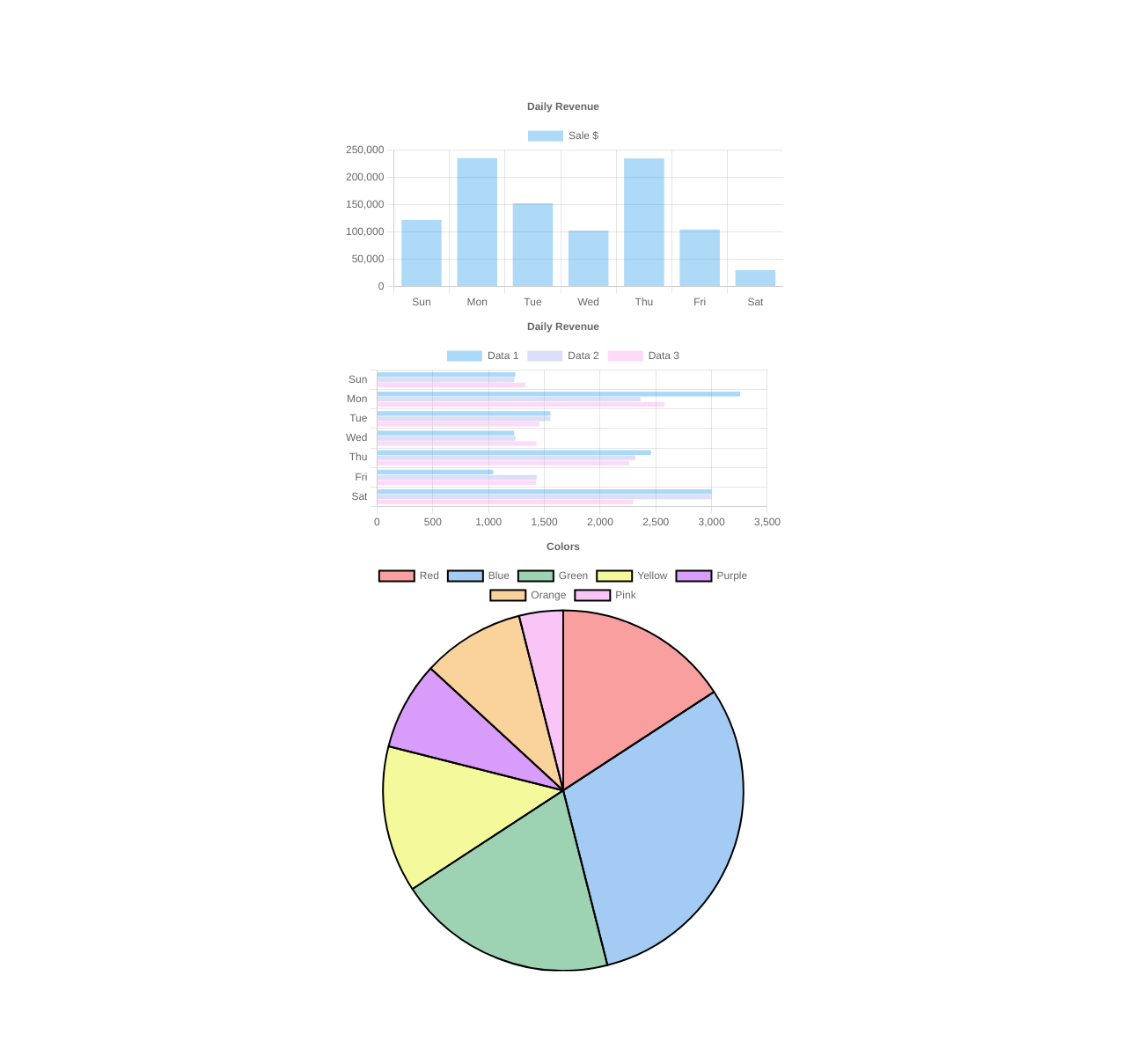
Repository: k8ANStar/exercise-5
Page: /
The author's editor kept a copy of each file at every save. The page is drawn from the files as they stood at one save, then again after a run of saves.
The browser window is 1280 px wide. The pictures show the whole page, at 88% of full size.
The project was rebuilt for these pictures with package versions that can differ from the ones it lists, and the page was loaded fresh each time. The framework's server and built-in components were replaced by stand-ins that run in the browser. Also part of the build but not shown: next.config.mjs.

Above is the page before, as saved 2024-04-15 10:47:23.

### pages/index.js
import styles from "@/styles/Home.module.css";
import VerticalChart from "@/components/VerticalChart";
import HorizontalChart from "@/components/HorizontalChart";
import PieChart from "@/components/PieChart";

export default function Home() {
	return (
		<>
			<main className={`${styles.main} `}>
				<VerticalChart />

				<HorizontalChart />

				<PieChart />
			</main>
		</>
	);
}

### styles/Home.module.css
.main {
	display: flex;
	flex-direction: column;
	justify-content: space-between;
	align-items: center;
	padding: 6rem;
	min-height: 30vh;
}

### components/VerticalChart/index.js
import styles from "./VerticalChart.module.css";
import { Bar } from "react-chartjs-2";
import {
	Chart as ChartJS,
	CategoryScale,
	LinearScale,
	BarElement,
	Title,
	Tooltip,
	Legend,
} from "chart.js";

import { useEffect, useState } from "react";

ChartJS.register(
	CategoryScale,
	LinearScale,
	BarElement,
	Title,
	Tooltip,
	Legend
);

export default function VerticalChart() {
	const [chartData, setChartData] = useState({
		datasets: [],
	});
	const [chartOptions, setChartOptions] = useState({});

	useEffect(() => {
		setChartData({
			labels: ["Sun", "Mon", "Tue", "Wed", "Thu", "Fri", "Sat"],
			datasets: [
				{
					label: "Sale $",
					data: [122340, 235256, 152455, 102430, 234561, 104326, 30000],
					borderColor: "rgb(53, 162, 235)",
					backgroundColor: "rgb(53, 162, 235, 0.4)",
				},
			],
		});

		setChartOptions({
			plugins: {
				legend: {
					postion: "top",
				},
				title: {
					display: true,
					text: "Daily Revenue",
				},
			},
			maintainAspectRatio: false,
			responsive: true,
		});
	}, []);

	return (
		<div>
			<Bar
				data={chartData}
				options={chartOptions}
				style={{ width: "500px", height: "300px" }}
			/>
		</div>
	);
}

### components/HorizontalChart/index.js
import styles from "./HorizontalChart.module.css";
import { Bar } from "react-chartjs-2";
import {
	Chart as ChartJS,
	CategoryScale,
	LinearScale,
	BarElement,
	Title,
	Tooltip,
	Legend,
} from "chart.js";

import { useEffect, useState } from "react";

ChartJS.register(
	CategoryScale,
	LinearScale,
	BarElement,
	Title,
	Tooltip,
	Legend
);

export default function HorizontalChart() {
	const [chartData, setChartData] = useState({
		datasets: [],
	});
	const [chartOptions, setChartOptions] = useState({});

	useEffect(() => {
		setChartData({
			labels: ["Sun", "Mon", "Tue", "Wed", "Thu", "Fri", "Sat"],
			datasets: [
				{
					label: "Data 1",
					data: [1240, 3256, 1555, 1230, 2456, 1042, 3000],
					borderColor: "rgb(43, 162, 235)",
					backgroundColor: "rgb(43, 162, 235, 0.4)",
				},
				{
					label: "Data 2",
					data: [1230, 2361, 1555, 1240, 2317, 1432, 3000],
					borderColor: "rgb(170, 162, 235)",
					backgroundColor: "rgb(170, 172, 235, 0.4)",
				},
				{
					label: "Data 3",
					data: [1330, 2576, 1455, 1430, 2261, 1426, 2300],
					borderColor: "rgb(250, 162, 235)",
					backgroundColor: "rgb(250, 162, 235, 0.4)",
				},
			],
		});

		setChartOptions({
			indexAxis: "y",
			plugins: {
				legend: {
					postion: "top",
				},
				title: {
					display: true,
					text: "Daily Revenue",
				},
			},
			maintainAspectRatio: true,
			responsive: true,
		});
	}, []);

	return (
		<div>
			<Bar
				data={chartData}
				options={chartOptions}
				style={{ width: "500px", height: "300px" }}
			/>
		</div>
	);
}

### components/PieChart/index.js
import styles from "./PieChart.module.css";
import { Pie } from "react-chartjs-2";
import {
	Chart as ChartJS,
	CategoryScale,
	ArcElement,
	Tooltip,
	Legend,
} from "chart.js";

import { useEffect, useState } from "react";

ChartJS.register(CategoryScale, ArcElement, Tooltip, Legend);

export default function PieChart() {
	const [chartData, setChartData] = useState({
		datasets: [],
	});
	const [chartOptions, setChartOptions] = useState({});

	useEffect(() => {
		setChartData({
			labels: ["Red", "Blue", "Green", "Yellow", "Purple", "Orange", "Pink"],
			datasets: [
				{
					label: "# of Votes",
					data: [12, 23, 15, 10, 6, 7, 3],
					borderColor: "rgb(0, 0, 0)",
					backgroundColor: [
						"rgb(242, 15, 15, 0.4)",
						"rgb(25, 126, 226, 0.4)",
						"rgb(11, 146, 65, 0.4)",
						"rgb(228, 243, 9, 0.4)",
						"rgb(157, 9, 243, 0.4)",
						"rgb(243, 142, 9, 0.4)",
						"rgb(240, 111, 236, 0.4)",
					],
				},
			],
		});

		setChartOptions({
			plugins: {
				legend: {
					postion: "top",
				},
				title: {
					display: true,
					text: "Colors",
				},
			},
			maintainAspectRatio: false,
			responsive: true,
		});
	}, []);

	return (
		<div>
			<Pie
				data={chartData}
				options={chartOptions}
				style={{ width: "500px", height: "300px" }}
			/>
		</div>
	);
}

Loaded but not shown: pages/_app.js (common file); pages/_document.js (common file); styles/globals.css (common file); components/HorizontalChart/HorizontalChart.module.css (no stored copy; drawn as an empty file); components/PieChart/PieChart.module.css (no stored copy; drawn as an empty file); components/VerticalChart/VerticalChart.module.css (no stored copy; drawn as an empty file)

After the next 2 saves:
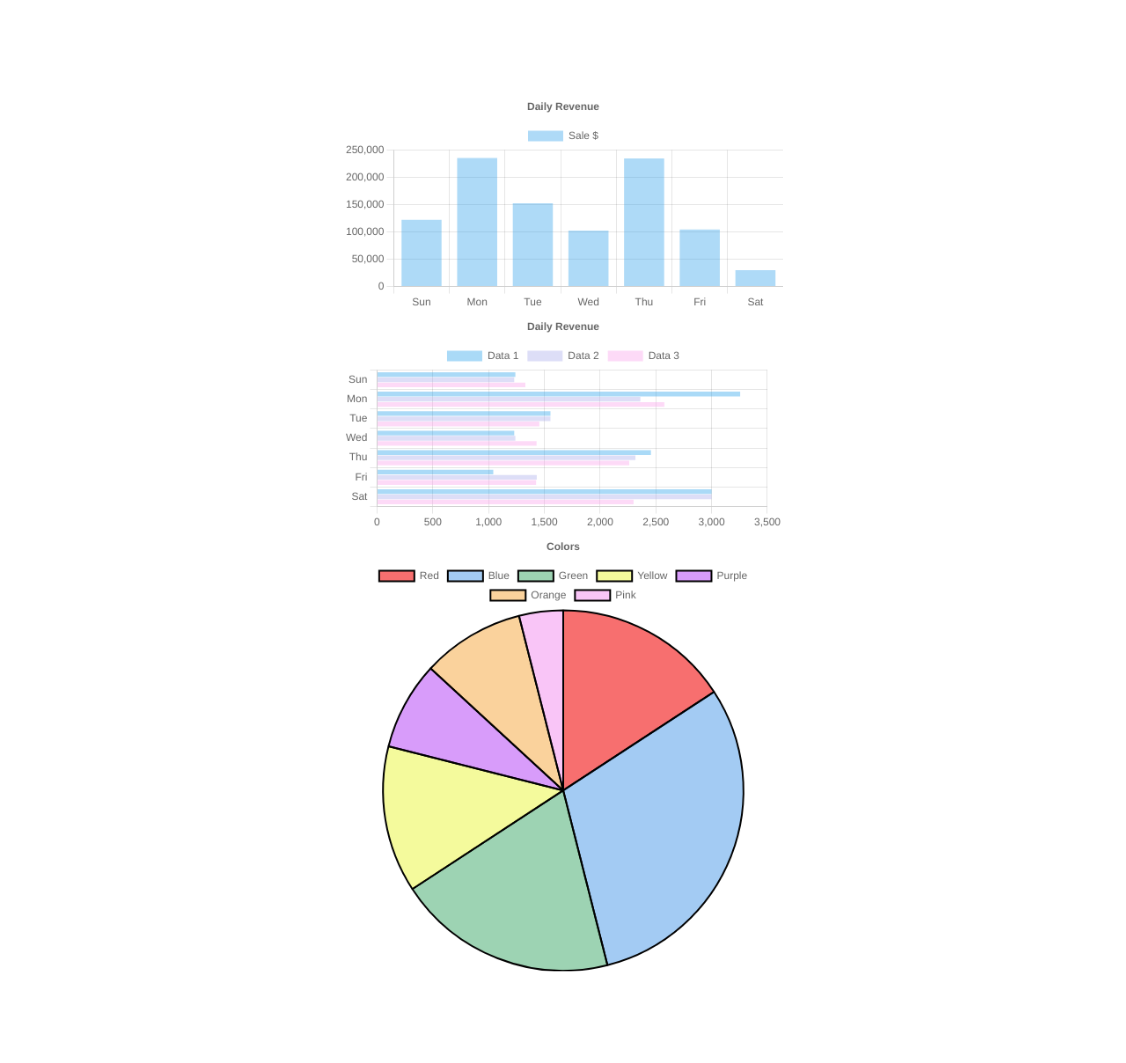
The 2 saves are shown as one change because they came seconds apart.
The last was saved 50 s later.
--- a/components/PieChart/index.js
+++ b/components/PieChart/index.js
@@ -27,7 +27,7 @@ export default function PieChart() {
 					data: [12, 23, 15, 10, 6, 7, 3],
 					borderColor: "rgb(0, 0, 0)",
 					backgroundColor: [
-						"rgb(242, 15, 15, 0.4)",
+						"rgb(242, 15, 15, 0.6)",
 						"rgb(25, 126, 226, 0.4)",
 						"rgb(11, 146, 65, 0.4)",
 						"rgb(228, 243, 9, 0.4)",
